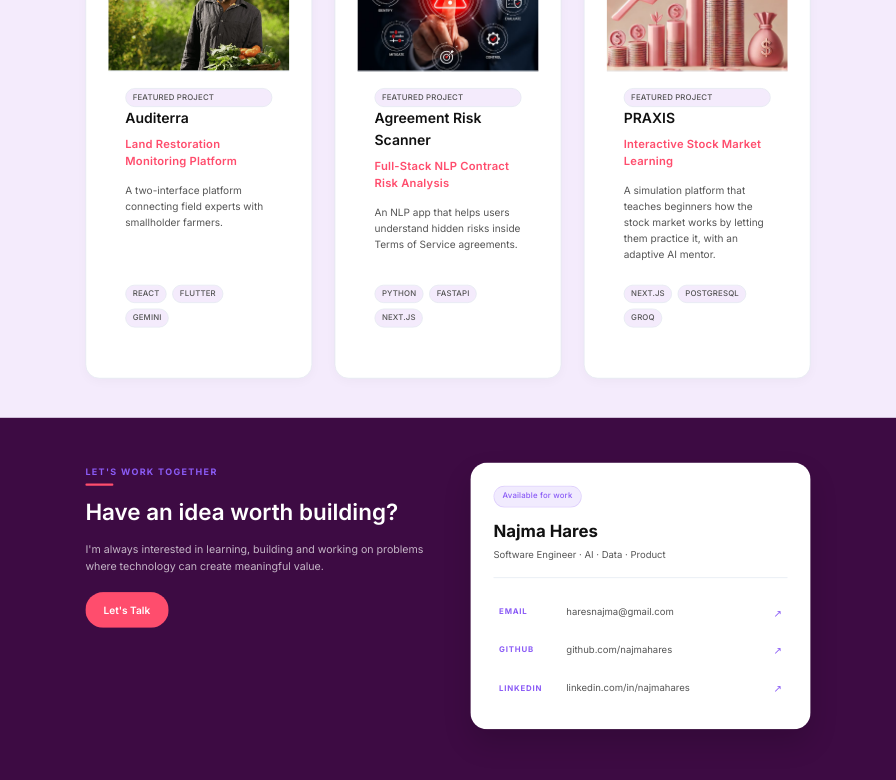
Repository: najmahares/portfolio
Page: index.html
An editor plug-in stored every save of this project. The page is shown before and after the next save, followed by the edit.
The browser window is 1280 px wide. The pictures show the part of the page from y = 3477 to 5397 px (the page is 4591 px tall before and 5397 px after), at 70% of full size.

Above is the page before, as saved 2026-09-19 11:27:59.

After the next save:
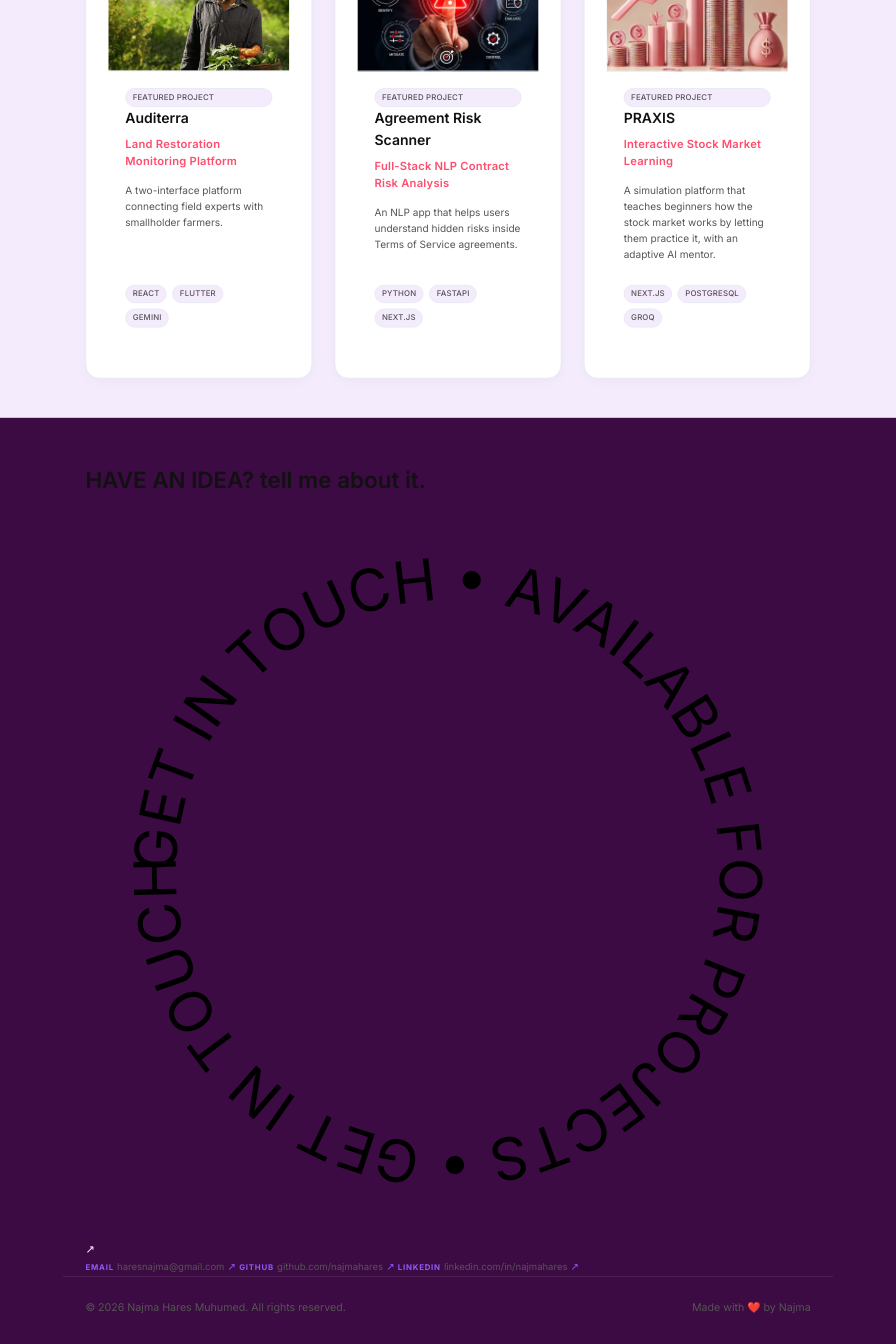
Saved 5 min 38 s later.
--- a/index.html
+++ b/index.html
@@ -329,48 +329,70 @@
     </section>
 
     <footer id="contact" class="footer">
-      <div class="container footer-grid">
-        <div class="footer-cta reveal">
-          <span class="section-tag">LET'S WORK TOGETHER</span>
-          <h2>Have an idea worth building?</h2>
-          <p>
-            I'm always interested in learning, building and working on problems
-            where technology can create meaningful value.
-          </p>
-          <a href="mailto:haresnajma@gmail.com" class="btn btn-primary magnetic"
-            >Let's Talk</a
+      <div class="container">
+        <!-- Big editorial CTA -->
+        <div class="footer-hero reveal">
+          <h2 class="footer-headline">
+            HAVE AN IDEA?
+            <span class="footer-headline-italic">tell me about it.</span>
+          </h2>
+
+          <a
+            href="mailto:haresnajma@gmail.com"
+            class="footer-badge"
+            aria-label="Send me an email"
           >
-        </div>
-        <div class="footer-info reveal">
-  <div class="card contact-card">
-    <span class="badge-sm">Available for work</span>
-    <h3>Najma Hares</h3>
-    <p class="contact-role">Software Engineer · AI · Data · Product</p>
-    <ul class="contact-list">
-      <li>
-        <a href="mailto:haresnajma@gmail.com">
-          <span class="contact-label">Email</span>
-          <span class="contact-value">haresnajma@gmail.com</span>
-          <span class="contact-arrow">↗</span>
-        </a>
-      </li>
-      <li>
-        <a href="#" target="_blank" rel="noopener noreferrer">
-          <span class="contact-label">GitHub</span>
-          <span class="contact-value">github.com/najmahares</span>
-          <span class="contact-arrow">↗</span>
-        </a>
-      </li>
-      <li>
-        <a href="#" target="_blank" rel="noopener noreferrer">
-          <span class="contact-label">LinkedIn</span>
-          <span class="contact-value">linkedin.com/in/najmahares</span>
-          <span class="contact-arrow">↗</span>
-        </a>
-      </li>
-    </ul>
-  </div>
-</div>
+            <svg viewBox="0 0 200 200" class="footer-badge-text">
+              <defs>
+                <path
+                  id="circlePath"
+                  d="M 100, 100 m -75, 0 a 75,75 0 1,1 150,0 a 75,75 0 1,1 -150,0"
+                />
+              </defs>
+              <text>
+                <textPath href="#circlePath" startOffset="0%">
+                  GET IN TOUCH • AVAILABLE FOR PROJECTS • GET IN TOUCH •
+                  AVAILABLE FOR PROJECTS •
+                </textPath>
+              </text>
+            </svg>
+            <span class="footer-badge-icon">↗</span>
+          </a>
+        </div>
+
+        <div class="footer-contacts reveal">
+          <a href="mailto:haresnajma@gmail.com" class="contact-link">
+            <span class="contact-label">Email</span>
+            <span class="contact-value">haresnajma@gmail.com</span>
+            <span class="contact-arrow">↗</span>
+          </a>
+          <a
+            href="#"
+            target="_blank"
+            rel="noopener noreferrer"
+            class="contact-link"
+          >
+            <span class="contact-label">GitHub</span>
+            <span class="contact-value">github.com/najmahares</span>
+            <span class="contact-arrow">↗</span>
+          </a>
+          <a
+            href="#"
+            target="_blank"
+            rel="noopener noreferrer"
+            class="contact-link"
+          >
+            <span class="contact-label">LinkedIn</span>
+            <span class="contact-value">linkedin.com/in/najmahares</span>
+            <span class="contact-arrow">↗</span>
+          </a>
+        </div>
+      </div>
+
+      <div class="container footer-bottom">
+        <p>&copy; 2026 Najma Hares Muhumed. All rights reserved.</p>
+        <p>Made with ❤️ by Najma</p>
+      </div>
     </footer>
 
     <script src="js/main.js"></script>
